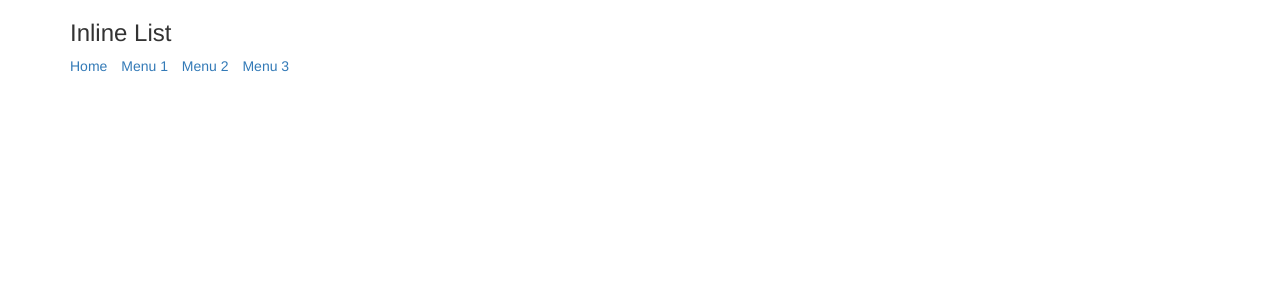
Repository: IreneCho/sk
Page: jqmTest/WebContent/day16/l.html
These files come from the project's save history. The page is drawn as it stood at one moment and after the next save; the edit follows.
The browser window is 1280 px wide. The pictures show the whole page.
Some web libraries are served in a nearby version.

Above is the page before, as saved 2016-08-19 01:49:21.

After the next save:
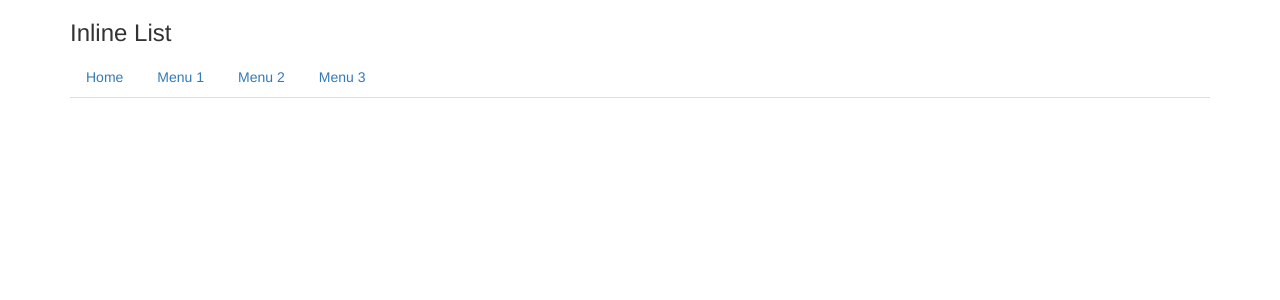
Saved 18 min 26 s later.
--- a/jqmTest/WebContent/day16/l.html
+++ b/jqmTest/WebContent/day16/l.html
@@ -13,8 +13,8 @@
 
 <div class="container">
   <h3>Inline List</h3>
-  <ul class="list-inline">
-    <li><a href="javascript:fn()">Home</a></li>
+  <ul class="nav nav-tabs">
+    <li><a class="active" href="javascript:fn()">Home</a></li>
     <li><a href="#">Menu 1</a></li>
     <li><a href="#">Menu 2</a></li>
     <li><a href="#">Menu 3</a></li>
